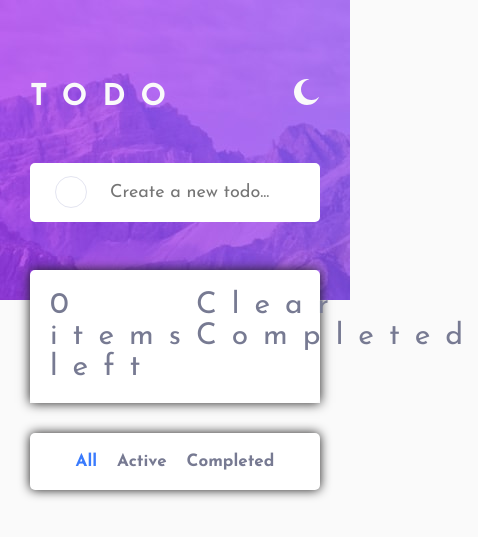
Repository: tomas938/todo-app
Page: /
These files come from the project's save history. The page is drawn as it stood at one moment and after the next save; the edit follows.
The browser window is 350 px wide. The page is 478 px wide, then 350 px, so the pictures cover 478 px, including what lies to the right of the window. The pictures show the whole page.
The project was rebuilt for these pictures with package versions that can differ from the ones it lists, and the page was loaded fresh each time.

Above is the page before, as saved 2021-08-20 14:31:35.

After the next save:
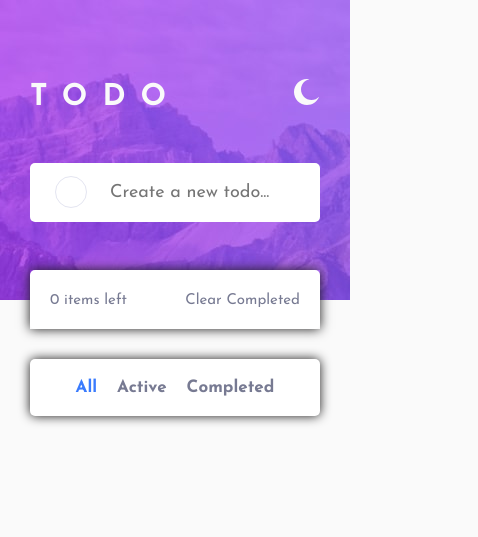
Saved 7 s later.
--- a/src/components/Todos.vue
+++ b/src/components/Todos.vue
@@ -240,9 +240,8 @@ main {
 		color: $dark-grayish-blue--dark;
 		cursor: pointer;
 		font-size: 1.7rem;
-		@media only screen and (max-width: 500px) {
-			font-size: 3rem;
-			letter-spacing: 1.5rem;
+		@media only screen and (max-width: 350px) {
+			font-size: 1.5rem;
 		}
 	}
 }
